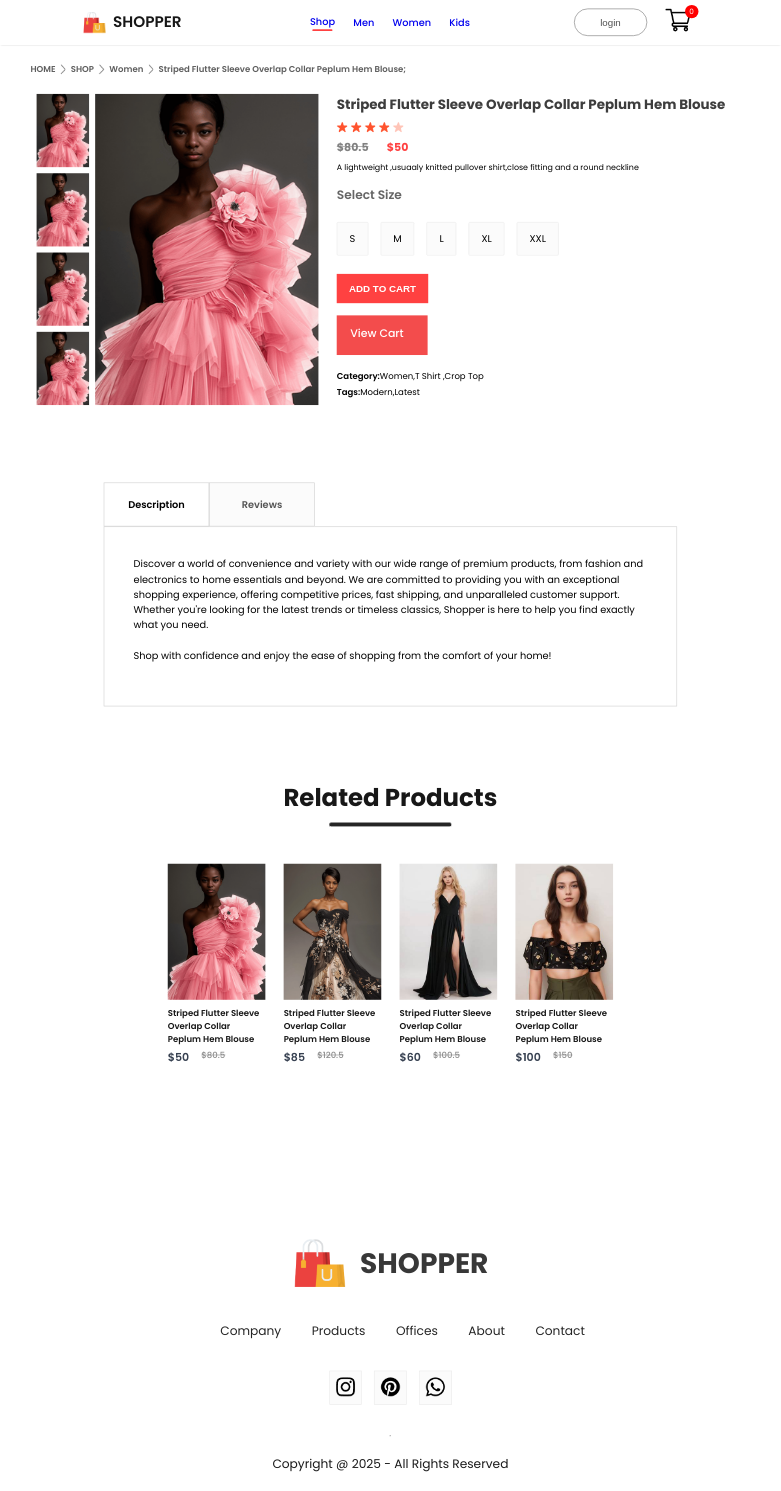
Repository: PayalJakhar/Shoppers-E-commerce-Website
Page: /product/1 (app in frontend/)
The author's editor kept a copy of each file at every save. The page is drawn from the files as they stood at one save, then again after the next save.
The browser window is 1280 px wide. The pictures show the whole page, at 61% of full size.
The project was rebuilt for these pictures with package versions that can differ from the ones it lists, and the page was loaded fresh each time. Also part of the build but not shown: frontend/src/App.css, frontend/src/Components/Hero/Hero.css, frontend/src/Components/Hero/Hero.jsx, frontend/src/Components/Popular/Popular.css, frontend/src/Components/Popular/Popular.jsx, frontend/src/Components/Offers/Offers.css, frontend/src/Components/Offers/Offers.jsx, frontend/src/Components/NewCollections/NewCollections.css and 12 more.

Above is the page before, as saved 2025-01-17 19:03:33.

After the next save:
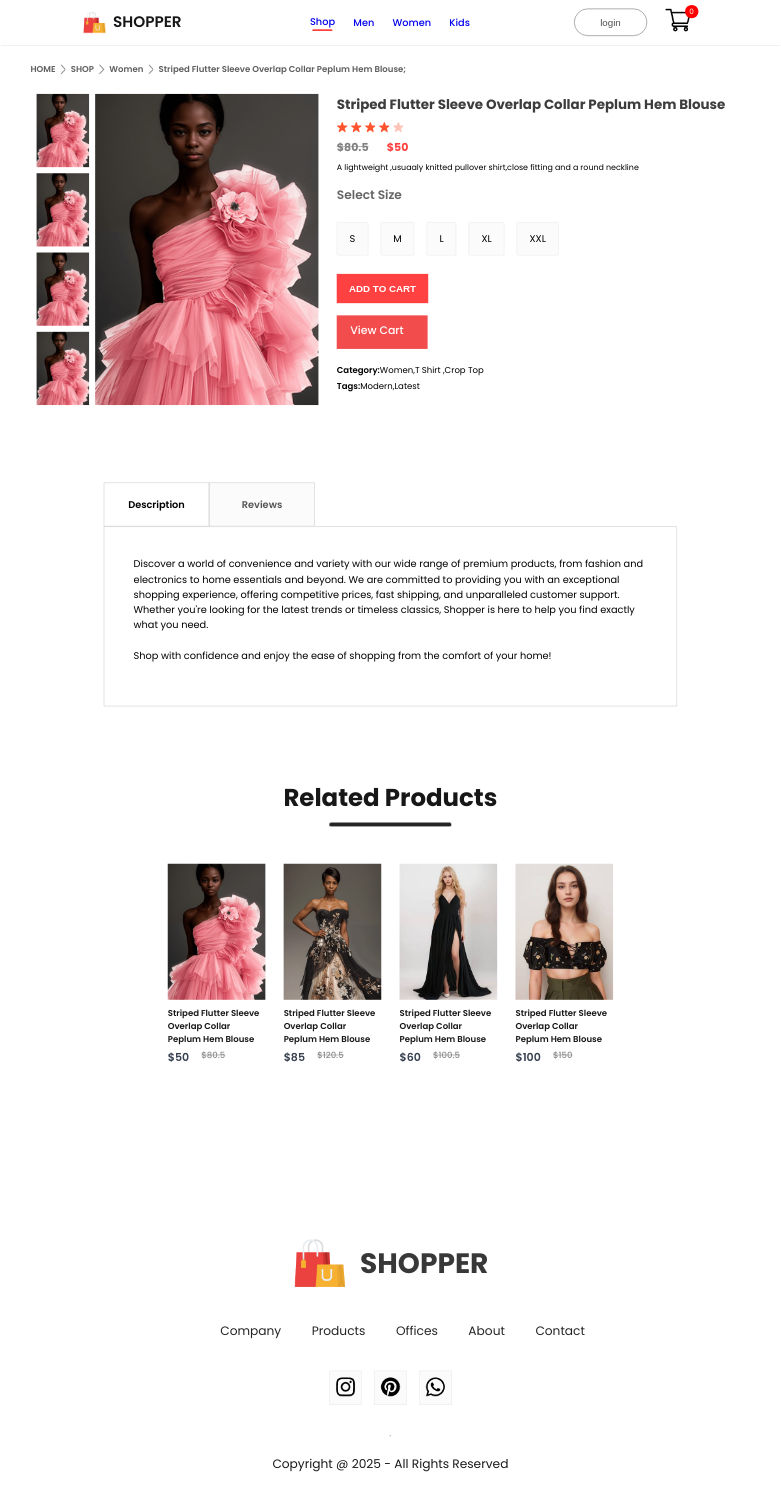
Saved 9 s later.
--- a/frontend/src/Components/ProductDisplay/ProductDisplay.css
+++ b/frontend/src/Components/ProductDisplay/ProductDisplay.css
@@ -166,7 +166,7 @@
     }
     .view-cart-link{
         width: 127px;
-        padding: 15px 0px;
+        padding: 10px 0px;
         margin-bottom: 20px;
         padding-left: 22px;
     }
